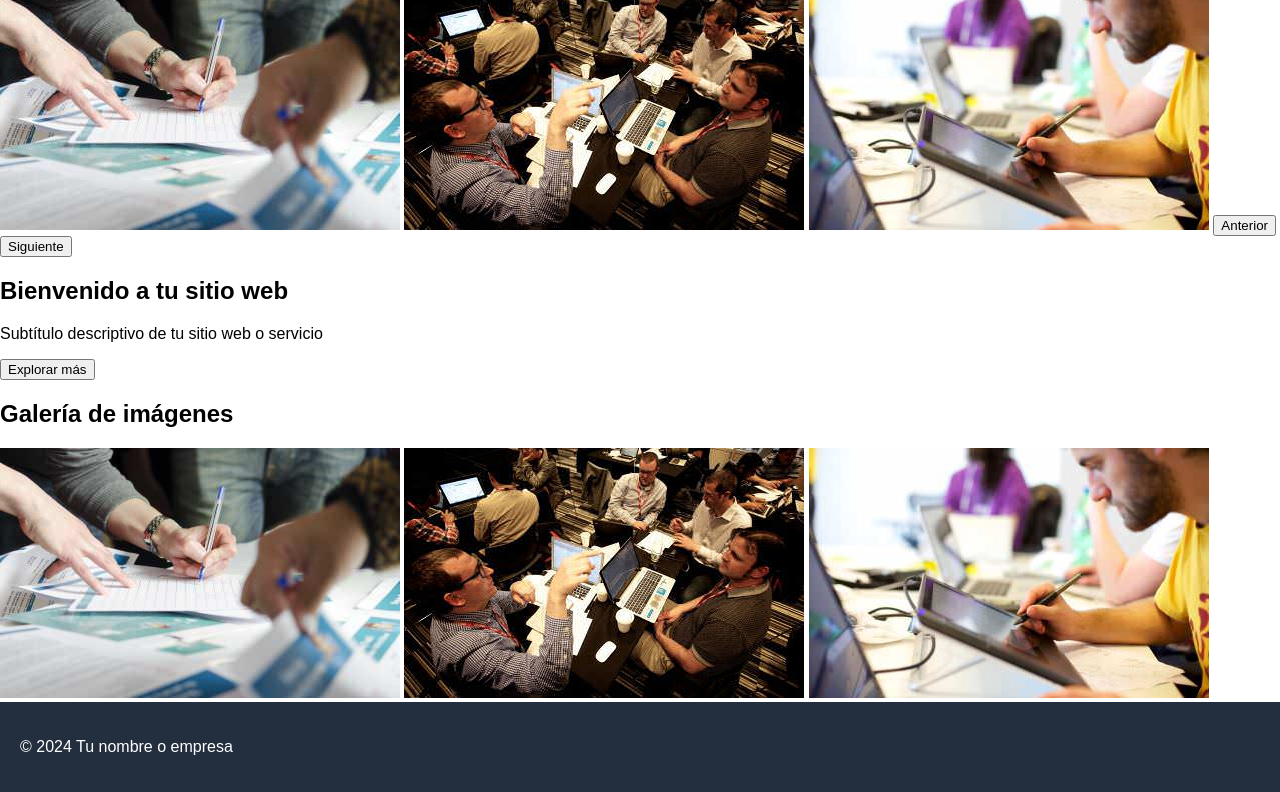
Repository: saulmontano/cymetria-group8
Page: frontend/templates/index.html
The author's editor kept a record of every edit. The page is drawn from the files as they stood at one moment, then again after the next edit.
The browser window is 1280 px wide. The pictures show the part of the page from y = 362 to 1154 px (the page is 1154 px tall).
A picture or video elsewhere on the page could not be fetched, so the positions and the page height are approximate.

Above is the page before.
Console error: TypeError: Cannot read properties of null (reading 'addEventListener')

### frontend/templates/index.html
<!DOCTYPE html>
<html lang="es">
<head>
  <meta charset="UTF-8">
  <meta name="viewport" content="width=device-width, initial-scale=1.0">
  <title>Tu Sitio Web</title>
  <link rel="preconnect" href="https://fonts.gstatic.com">

  <link rel="stylesheet" href="../static/css/styleindex.css">
  <script type="text/javascript" src="../static/js/app.js"></script>
</head>
<body>

  <header>
    <div class="contenedor-header">
      <img src="https://www.serfadu.com/wp-content/uploads/2020/10/amazon.png" alt="Logotipo">
      <nav>
        <ul class="menu-principal">
          <li><a href="/">Inicio</a></li>
          <li><a href="/formulario">Formulario</a></li>
          <li><a href="/consulta">Consulta</a></li>
        </ul>
      </nav>
    </div>
  </header>
 <div class="page-wrapper">
 <section class="banner">
  <div class="contenedor-banner">
    <div class="carousel">
      <img src="../static/images/1.jpg" alt="Imagen 1" class="active">
      <img src="../static/images/2.jpg" alt="Imagen 2">
      <img src="../static/images/3.jpg" alt="Imagen 3">
       <button  class="carousel-prev">Anterior</button>
       <button  class="carousel-next">Siguiente</button>
    </div>
    <h1>Bienvenido a tu sitio web</h1>
    <p>Subtítulo descriptivo de tu sitio web o servicio</p>
    <button class="boton-explorar">Explorar más</button>
  </div>
</section>
  </div>
  <section class="galeria">
    <h2>Galería de imágenes</h2>
    <div class="contenedor-galeria">
      <img src="../static/images/1.jpg" alt="Imagen 1">
      <img src="../static/images/2.jpg" alt="Imagen 2">
      <img src="../static/images/3.jpg" alt="Imagen 3">
    </div>
  </section>

  <footer>
    <div class="contenedor-footer">
      <p>&copy; 2024 Tu nombre o empresa</p>
      <ul class="redes-sociales">
        <li><a href="#"><i class="fab fa-facebook-f"></i></a></li>
        <li><a href="#"><i class="fab fa-twitter"></i></a></li>
        <li><a href="#"><i class="fab fa-instagram"></i></a></li>
      </ul>
    </div>
  </footer>

</body>
</html>

### frontend/static/css/styleindex.css
body {
    font-family: Arial, sans-serif;
    margin: 0;
    padding: 0;
}


header {
    margin: 0 auto; /* Center elements horizontally */
    display: flex;
    align-items: center;
    justify-content: space-between;
    padding: 10px 20px;
    background-color: #232f3e; /* Cambia el color de fondo del header */
    min-height: 60px; /* Tamaño mínimo del header */
    box-shadow: 0 1px 3px rgba(0, 0, 0, 0.1); /* Subtle shadow */
  position: sticky; /* Header sticks to top on scroll (optional) */
  top: 0;
  z-index: 10; /* Ensure header stays on top of content */
}

.logo-container {
    display: flex;
    align-items: center;

}

.logo-container img {
    width: 100px;
    height: auto;
    margin-right: 10px;
}

.logo-container h1 {
    margin: 0;
    color: #fff; /* Cambia el color de texto del título */
    font-size: 24px; /* Tamaño de fuente para el título */
}

nav ul {
    list-style-type: none;
    margin: 0;
    padding: 0;
}

nav ul li {
    display: inline;
    margin-right: 20px;
}

nav ul li a {
    color: #fff; /* Cambia el color de texto para los enlaces del menú */
    text-decoration: none;
    font-weight: bold;
}

main {
    padding: 20px;
}

#banner {
    background-image: url('https://www.serfadu.com/wp-content/uploads/2020/10/amazon.png'); /* Cambia la URL de la imagen de fondo */
    background-size: cover;
    background-position: center;
    color: white;
    padding: 200px;
    text-align: center;
    position: relative; /* Establece la posición relativa para que los elementos absolutos se posicionen correctamente */

}

#banner .card {
    background-color: rgba(22, 43, 60, 0.83); /* Color de fondo semitransparente */
    padding: 20px;
    border-radius: 10px; /* Bordes redondeados */
    position: absolute; /* Establece la posición absoluta */
    left: 50%; /* Centra horizontalmente */
    top: 50%; /* Centra verticalmente */
    transform: translate(-50%, -50%); /* Centra exactamente */
    max-width: 80%; /* Ancho máximo */
}


#banner h2,
#banner p {
    margin: 0;
}

#services {
    margin-top: 50px;
    display: flex;
    flex-wrap: wrap; /* Permitir que los servicios se envuelvan en pantallas pequeñas */
    justify-content: space-between; /* Distribuir los servicios horizontalmente */
    max-width: 100%; /* Establecer un ancho máximo para el contenedor */
}

.service {
    position: relative;
    width: calc(50% - 10px);
    margin-bottom: 30px;
    padding-right: 10px;
    height: auto;
    overflow: hidden; /* Ocultar el contenido que desborda */
}

.service img {
    width: 100%;
    height: auto;
    margin-bottom: 10px;
    display: block; /* Para evitar problemas de alineación vertical */
}

.service:last-child {
    margin-bottom: 70px; /* Ajustar el margen inferior del último servicio para dejar espacio para el footer */
}

.service h3 {
    margin-top: 0; /* Eliminar el margen superior de los títulos */
}

.service img {
    width: 100%; /* Ajustar el ancho de la imagen al 100% del contenedor */
    height: auto; /* Restaurar la altura automática */
    margin-bottom: 10px; /* Agregar un margen inferior entre la imagen y el texto */
}

/* Estilos para el menú principal */
.menu-principal {
    list-style: none;
    padding: 0;
    margin: 0;
}

.menu-principal li {
    display: inline-block;
    margin-right: 20px;
}

.menu-principal li:last-child {
    margin-right: 0;
}

.menu-principal li a {
    text-decoration: none;
    color: white;
    font-size: bold;
}

.menu-principal a:hover {
  color: #000; /* Black on hover */
}

/* Estilos para el botón de menú en pantallas pequeñas */
.menu-btn {
    display: none; /* Ocultar el botón en pantallas grandes */
}


/* Estilos para el footer */
footer {
    background-color: #232f3e; /* Color de fondo del footer */
    color: #fff; /* Color del texto del footer */
    padding: 20px;
    text-align: center;
}

/* Estilos para el contenido del footer */
.contenedor-footer {
    display: flex;
    align-items: center;
    justify-content: space-between;
}

/* Estilos para las redes sociales */
.redes-sociales {
    list-style: none;
    padding: 0;
    margin: 0;
}

.redes-sociales li {
    display: inline-block;
    margin-right: 10px;
}

.redes-sociales li:last-child {
    margin-right: 0;
}

.redes-sociales li a {
    color: #fff; /* Color de los íconos */
    font-size: 20px; /* Tamaño de los íconos */
}

@media screen and (max-width: 600px) {
    header {
        padding: 10px; /* Reducir el padding en dispositivos pequeños */
    }

}
@media screen and (max-width: 600px) {
    /* Mostrar el botón de menú en pantallas pequeñas */
    .menu-btn {
        display: block;
    }

    /* Ocultar el menú principal en pantallas pequeñas */
    .menu-principal {
        display: none;
    }

    /* Estilos para el menú desplegable en pantallas pequeñas */
    .menu-principal.active {
        display: block;
    }
}
@media screen and (max-width: 600px) {
    .service {
        width: 100%; /* Cambiar el ancho al 100% en pantallas pequeñas */
    }
}

@media screen and (min-width: 601px) {
    .service {
        width: calc(50% - 10px); /* Ajustar el ancho para dos en una fila en pantallas grandes */
        height: 400px; /* Establecer una altura fija para los servicios en pantallas grandes */
    }
}

### frontend/static/js/app.js
function toggleNav() {
  const navMenu = document.querySelector('.menu-principal');
  const navBtn = document.querySelector('.menu-btn');

  navMenu.classList.toggle('active');
  navBtn.classList.toggle('active');
}

document.querySelector('.menu-btn').addEventListener('click', toggleNav);

After the next edit:
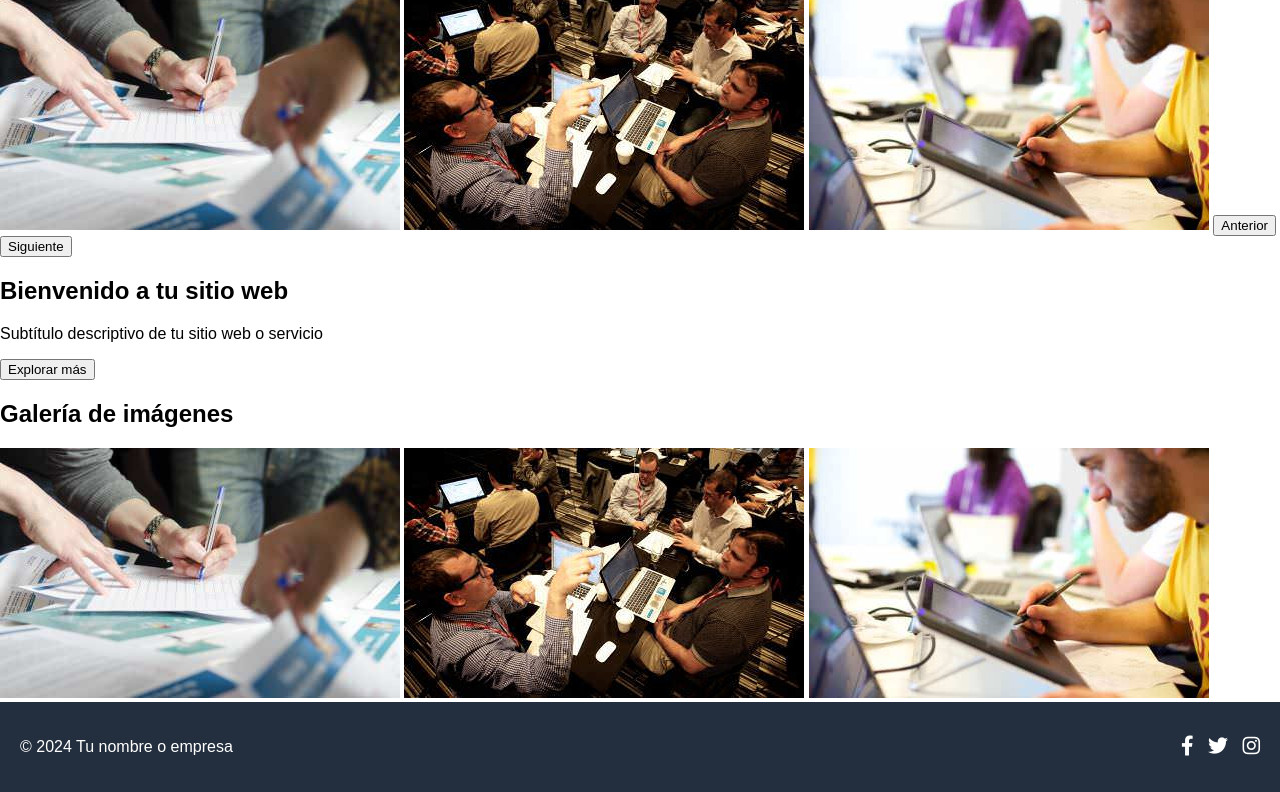
The edit:
--- a/frontend/templates/index.html
+++ b/frontend/templates/index.html
@@ -5,8 +5,8 @@
   <meta name="viewport" content="width=device-width, initial-scale=1.0">
   <title>Tu Sitio Web</title>
   <link rel="preconnect" href="https://fonts.gstatic.com">
-
   <link rel="stylesheet" href="../static/css/styleindex.css">
+  <link rel="stylesheet" href="https://cdnjs.cloudflare.com/ajax/libs/font-awesome/5.15.4/css/all.min.css">
   <script type="text/javascript" src="../static/js/app.js"></script>
 </head>
 <body>
